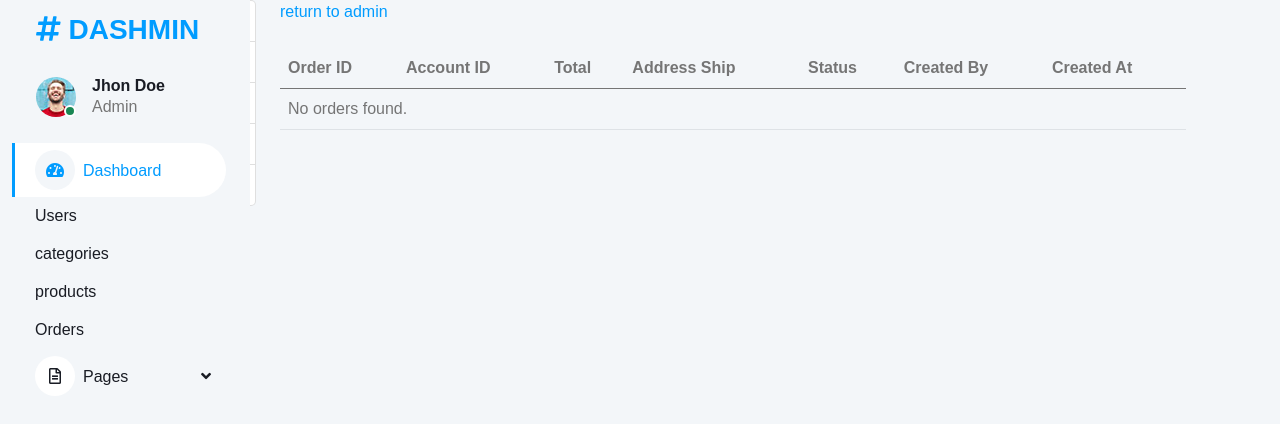
Repository: beovan/php1_ASM
Page: http://localhost/admin/order.php
The author's editor kept a copy of each file at every save. The page is drawn from the files as they stood at one save, then again after the next save.
The browser window is 1280 px wide. The pictures show the whole page.
Some web fonts or font styles are not loaded; a fallback is used. Some web libraries are served in a nearby version. The page is run by PHP 8.4 with error messages shown; the project is at /var/www/html/. The session is filled in as if someone had signed in: {"account_id": 1}. Queries for data that is not in the repository find no rows.

Above is the page before, as saved 2023-08-09 22:30:43.

After the next save:
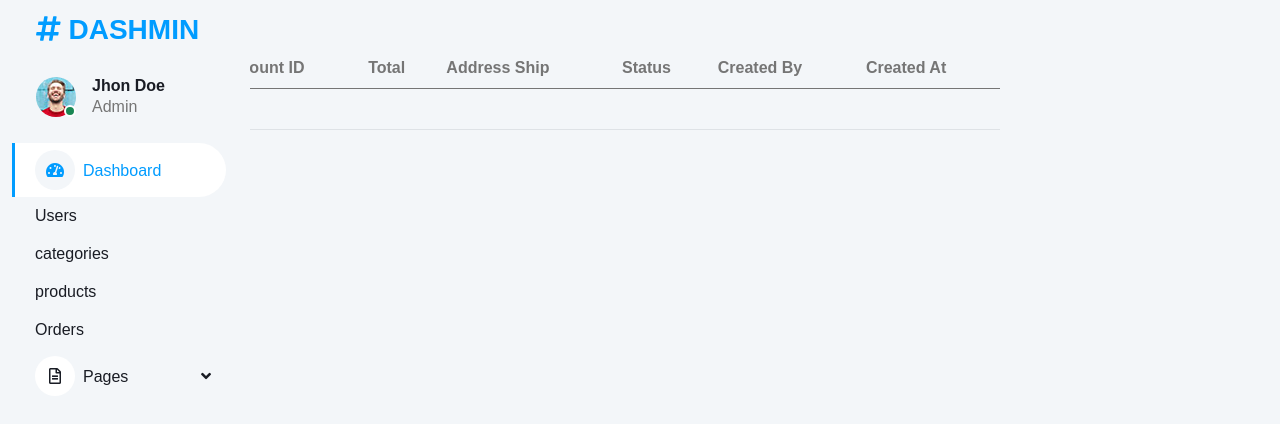
Saved 17 s later.
--- a/admin/layout/side_bar.php
+++ b/admin/layout/side_bar.php
@@ -1,4 +1,4 @@
-<div class="col col-lg-2">
+<!-- <div class="col col-lg-2">
       <ul class="list-group">
           <li class="list-group-item">
           <a class= 'link' href="../admin/users.php">Users</a>
@@ -15,4 +15,4 @@
 
           <li class="list-group-item">Report</li>
       </ul>
-  </div>
+  </div> -->
